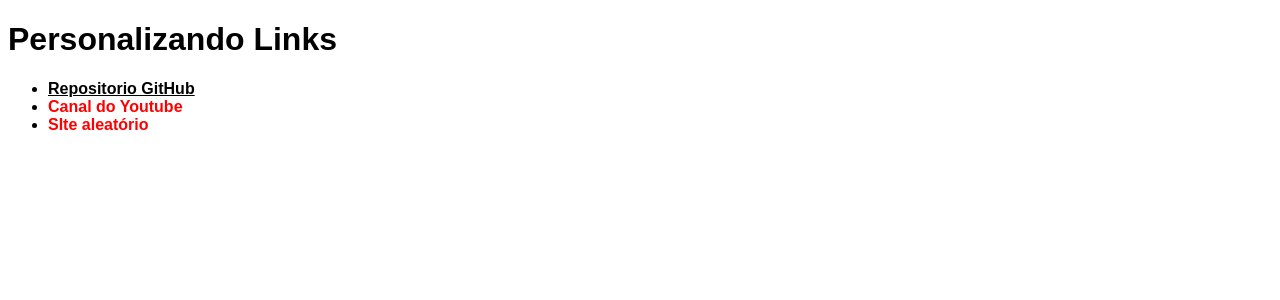
Repository: GabrielTrevisanMargrander/Html-Css
Page: Exercicios/ex020/link.html
These files come from the project's save history. The page is drawn as it stood at one moment and after a run of saves; the edit follows.
The browser window is 1280 px wide. The pictures show the whole page.
The first visible `a` is being pressed.

Above is the page before, as saved 2023-06-22 20:33:22.

### Exercicios/ex020/link.html
<!DOCTYPE html>
<html lang="pt-br">
<head>
    <meta charset="UTF-8">
    <meta name="viewport" content="width=device-width, initial-scale=1.0">
    <title>Links</title>
</head>
<style>
body{
    font-family: Arial, Helvetica, sans-serif;
}

a{
    color: red;
    text-decoration: none;
    font-weight: bold;
}

a:visited{                      /* significa que se o link já foi visitado ele vai ficar azul*/
    color: blue;
}

a:hover{
    color: black;
    text-decoration: underline;
}

a:active{
    colo
}
</style>
<body>

    <h1>Personalizando Links</h1>
    <ul>
        <li> <a href="https://github.com/">Repositorio GitHub </a></li>
        <li> <a href="https://youtube.com/">Canal do Youtube</a> </li>
        <li> <a href="https://www.instagram.com/">SIte aleatório</a></li>
    </ul>

</body>
</html>

After the next 3 saves:
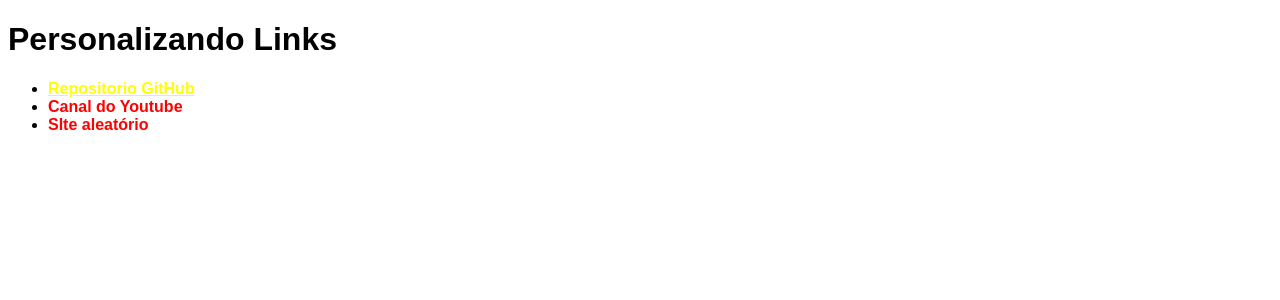
The 3 saves are shown as one change because they came seconds apart.
The last was saved 9 s later.
--- a/Exercicios/ex020/link.html
+++ b/Exercicios/ex020/link.html
@@ -26,7 +26,7 @@
 }
 
 a:active{
-    colo
+    color: yellow;
 }
 </style>
 <body>
